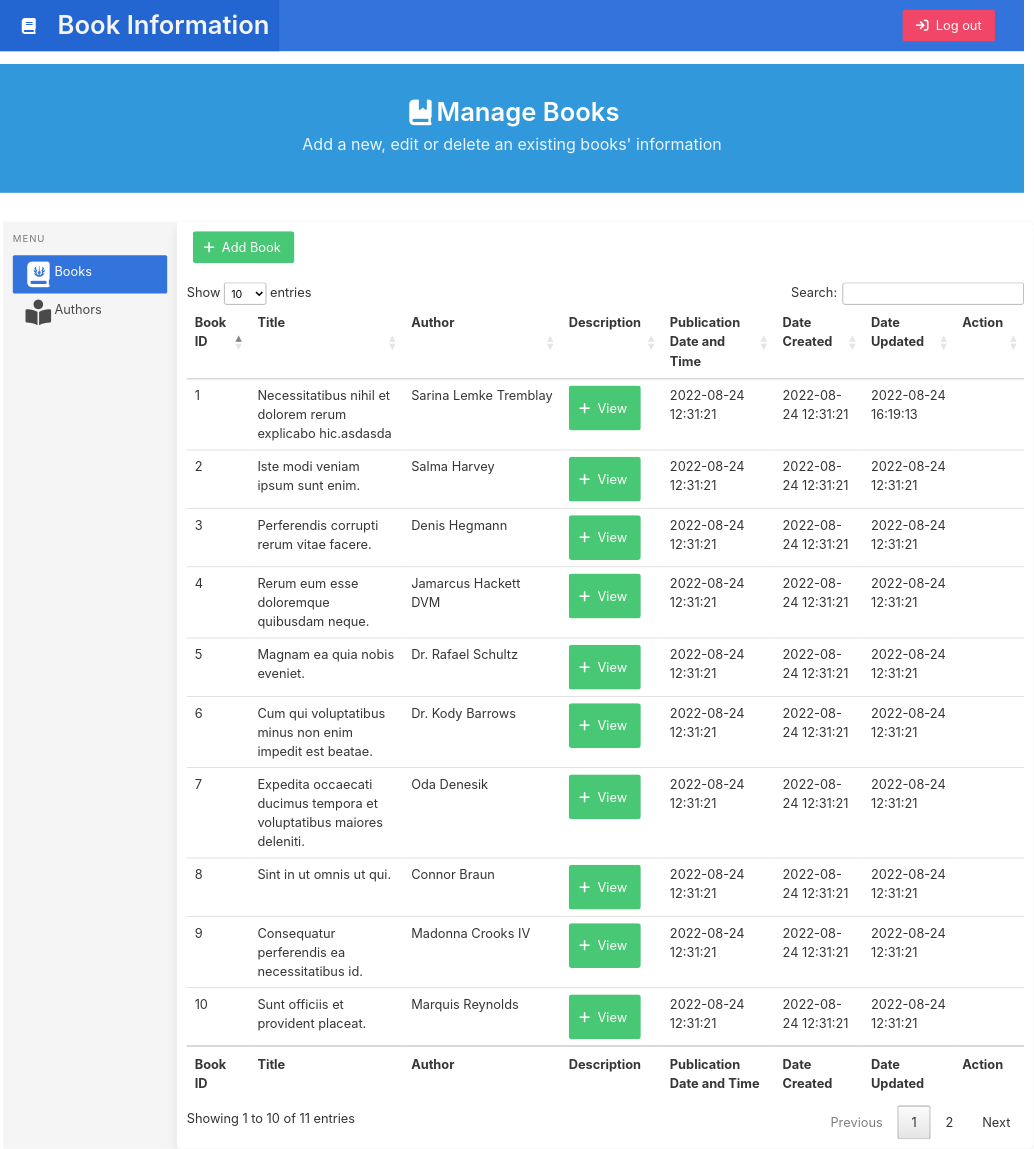
Repository: setsunafjustin00208/books_info_laravel_version
Page: http://localhost/appview/books
These files come from the project's save history. The page is drawn as it stood at one moment and after a run of saves; the edit follows.
The browser window is 1280 px wide. The page is 1292 px wide, so the pictures cover 1292 px, including what lies to the right of the window. The pictures show the whole page, at 80% of full size.
The page is served by the project's Laravel application, run on PHP 8.4 with Laravel 9. Other server files are loaded and not shown. The database holds what the project's SQL file puts in it.

Above is the page before, as saved 2022-08-25 06:55:55.
Console error: ReferenceError: jQuery is not defined

### routes/web.php
<?php

use Illuminate\Support\Facades\Route;
use App\Http\Controllers\UserController;

/*
|--------------------------------------------------------------------------
| Web Routes
|--------------------------------------------------------------------------
|
| Here is where you can register web routes for your application. These
| routes are loaded by the RouteServiceProvider within a group which
| contains the "web" middleware group. Now create something great!
|
*/

Route::get('/', [UserController::class,'index']);

Route::get('/appview/books',[UserController::class,'books']);

Route::get('/appview/authors',[UserController::class,'authors']);

Route::post('/users/authenticate',[UserController::class,'authenticate']);

Route::post('/logout',[UserController::class,'logout']);

Route::post('/addbook',[BookController::class,'store']);

### app/Models/Book.php
<?php

namespace App\Models;

use Illuminate\Database\Eloquent\Factories\HasFactory;
use Illuminate\Database\Eloquent\Model;

class Book extends Model
{
    protected $fillable = ['book_name','author','description','publication_date_n_time','created_at','updated_at'];
    use HasFactory;
}

### resources/views/appviews/books.blade.php
<x-layout>
    <x-navbar-users />
        <x-hero>
            <p class="title">
                <span class="icon-text">
                    <span class="icon"><i class="fas fa-book-bookmark"></i></span>
                    <span>Manage Books</span>
                </span>
            </p>
            <p class="subtitle">
                Add a new, edit or delete an existing books' information
            </p>
        </x-hero>
        <x-page-layout>
            <div class="column is-2 ml-4 has-background-light">
                <aside class="menu">
                    <p class="menu-label">
                      Menu
                    </p>
                    <ul class="menu-list">
                      <li>
                        <a href="/appview/books" class="is-active"><span class="icon-text">
                          <span class="icon is-medium">
                            <i class="fas fa-book-journal-whills fa-2x"></i>
                          </span>
                          <span class="">
                            Books
                          </span>
                        </a>
                      </li>
                      <li>
                        <a href="/appview/authors" class=""><span class="icon-text">
                          <span class="icon is-medium">
                            <i class="fas fa-book-open-reader fa-2x"></i>
                          </span>
                          <span>
                            Authors
                          </span>
                        </a>
                      </li>
                    </ul>
                  </aside>
                </div>
                <div class="column box">
                    <x-modal-scripts />
                    <x-add-modal>
                        <header class="modal-card-head">
                            <p class="modal-card-title">Add a new book</p>
                            <button class="delete" aria-label="close"></button>
                        </header>
                            <section class="modal-card-body">
                              <form method="POST" action='/addbook'>
                                <div class="container">
                                  <div class="field">
                                    <label class="label">Title</label>
                                    <div class="control">
                                      <input class="input" type="text" placeholder="Enter the title" name="name" min=5 max=150 required>
                                    </div>
                                  </div>
                                  <div class="field">
                                    <label class="label">Author</label>
                                    <div class="control">
                                      <div class="select">
                                          <select name="author">
                                            @foreach($authors as $author)
                                              <option value="{{$author->fname}}&nbsp;{{$author->mname}}&nbsp;{{$author->lname}}"><p class="mr-3">{{$author->fname}} {{$author->mname}} {{$author->lname}}</p></option>
                                            @endforeach
                                          </select>
                                        </div>
                                    </div>
                                  </div>
                                  <div class="field">
                                    <label class="label">Description</label>
                                    <div class="control">
                                      <textarea style="resize: none;" class="textarea" placeholder="Enter book Information" rows=10 name="description" min=5 max=500 required></textarea>
                                    </div>
                                  </div>
                                  <div class="field">
                                    <label class="label">Publication Date and Time</label>
                                    <div class="control">
                                      <input class="input" type="datetime-local" name="publication_date_n_time" min=5 max=150 required>
                                    </div>
                                  </div>
                                  <input type="hidden" name="created_at" value="<?=date("Y-m-d")?>">
                                  <input type="hidden" name="updated_at" value="<?=date("Y-m-d")?>">
                                </div>
                            </section>
                        <footer class="modal-card-foot">
                              <button class="button is-success">
                                <span class="icon-text">
                                  <span class="icon">
                                    <i class="fas fa-floppy-disk"></i>
                                  </span>
                                  <span>
                                    Save Book
                                  </span>
                                </span>
                              </button>
                            </form>
                            <button class="button">
                              <span class="icon-text"><span class="icon">
                                <i class="fas fa-ban"></i>
                              </span>
                              <span>Cancel</span>
                          </button>
                        </footer>
                        </x-add-modal>

                    <x-tables>

                        <thead>
                            <tr>
                                <th>Book ID</th>
                                <th>Title</th>
                                <th>Author</th>
                                <th>Description</th>
                                <th>Publication Date and Time</th>
                                <th>Date Created</th>
                                <th>Date Updated</th>
                                <th>Action</th>
                            </tr>
                        </thead>
                        <tbody>
                            @foreach($books as $book)
                            </tr>
                                <td>{{$book->id}}</td>
                                <td>{{$book->book_name}}</td>
                                <td>{{$book->author}}</td>
                                <td><x-view-modal>{{$book->description}}</x-view-modal></td>
                                <td>{{$book->publication_date_n_time}}</td>
                                <td>{{$book->created_at}}</td>
                                <td>{{$book->updated_at}}</td>
                                <td>

                                </td>
                            </tr>
                            @endforeach
                        </tbody>
                            <tfoot>
                                <tr>
                                  <th>Book ID</th>
                                  <th>Title</th>
                                  <th>Author</th>
                                  <th>Description</th>
                                  <th>Publication Date and Time</th>
                                  <th>Date Created</th>
                                  <th>Date Updated</th>
                                  <th>Action</th>
                                </tr>
                            </tfoot>
                    </x-tables>
                </div>
        </x-page-layout>
</x-layout>

### resources/views/components/hero.blade.php
<section class="hero is-info mb-6">
    <div class="hero-body has-text-centered">
        {{$slot}}
    </div>
  </section>

### resources/views/components/modal-scripts.blade.php
<script>
    document.addEventListener('DOMContentLoaded', () => {

    function openModal($el) {
        $el.classList.add('is-active');
    }

    function closeModal($el) {
        $el.classList.remove('is-active');
    }

    function closeAllModals() {
        (document.querySelectorAll('.modal') || []).forEach(($modal) => {
            closeModal($modal);
        });
    }

    (document.querySelectorAll('.js-modal-trigger') || []).forEach(($trigger) => {
        const modal = $trigger.dataset.target;
        const $target = document.getElementById(modal);

        $trigger.addEventListener('click', () => {
            openModal($target);
        });
    });

    (document.querySelectorAll('.modal-background, .modal-close, .modal-card-head .delete, .modal-card-foot .button') || []).forEach(($close) => {
        const $target = $close.closest('.modal');

        $close.addEventListener('click', () => {
            closeModal($target);
        });
    });


    document.addEventListener('keydown', (event) => {
        const e = event || window.event;

        if (e.keyCode === 27) {
            closeAllModals();
        }
    });
});
</script>

### resources/views/components/add-modal.blade.php
    <div class="buttons">
              <button class="button is-success js-modal-trigger" data-target="modal-add-data">
                <span class="icon-text">
                    <span class="icon">
                        <i class="fas fa-plus"></i>
                    </span>
                    <span>
                        Add Book
                    </span>
                </span>
              </button>
                <div class="modal" id="modal-add-data">
                    <div class="modal-background"></div>
                    <div class="modal-card">
                        {{$slot}}
                    </div>
                </div>
          </div>

### resources/views/components/view-modal.blade.php
<button class="button is-success js-modal-trigger" data-target="modal-view-data">
    <span class="icon-text">
        <span class="icon">
            <i class="fas fa-plus"></i>
        </span>
        <span>
           View
        </span>
    </span>
  </button>
    <div class="modal" id="modal-view-data">
        <div class="modal-background"></div>
        <div class="modal-card">
            <header class="modal-card-head">
                <p class="modal-card-title">Book Description</p>
                <button class="delete" aria-label="close"></button>
            </header>
            <section class="modal-card-body">
                {{$slot}}
            </section>
        </div>
    </div>

### resources/views/components/tables.blade.php
    <script>
        $(document).ready(function () {
            $('#book').DataTable();
        });
    </script>
    <div class="table-container container">
        <table class="table" id="book">
             {{$slot}}
          </table>
    </div>

### resources/views/components/page-layout.blade.php
<div class="columns is-mobile">
    {{$slot}}
  </div>

### book_info.sql (the tables this page reads)
CREATE TABLE `authors` (
  `id` bigint(20) UNSIGNED NOT NULL,
  `fname` varchar(255) COLLATE utf8mb4_unicode_ci NOT NULL,
  `lname` varchar(255) COLLATE utf8mb4_unicode_ci NOT NULL,
  `mname` varchar(255) COLLATE utf8mb4_unicode_ci NOT NULL,
  `description` longtext COLLATE utf8mb4_unicode_ci NOT NULL,
  `created_at` timestamp NULL DEFAULT NULL,
  `updated_at` timestamp NULL DEFAULT NULL
) ENGINE=InnoDB DEFAULT CHARSET=utf8mb4 COLLATE=utf8mb4_unicode_ci;

INSERT INTO `authors` (`id`, `fname`, `lname`, `mname`, `description`, `created_at`, `updated_at`) VALUES
(1, 'Sarina', 'Tremblay', 'Lemke', 'Sapiente dolores eum et dolor dolores laborum tempore. Architecto blanditiis illo dolorem illum. Praesentium nihil corrupti possimus et impedit. Totam laudantium omnis voluptas sit et in. Maiores impedit veritatis optio quos. Excepturi dolores numquam dolore reprehenderit.\"asdasdasd', '2022-08-24 12:31:21', '2022-08-24 17:13:17'),
(2, 'Cameron', 'Stamm', 'Kling', 'Molestiae deserunt quia sint cumque autem fugiat. Labore explicabo expedita eaque in. Et voluptatibus omnis ut consequatur consequatur. Quaerat minima magnam dolores iure maiores doloremque. In ad sapiente necessitatibus ut sit voluptatem commodi.', '2022-08-24 12:31:21', '2022-08-24 12:31:21'),
(3, 'Jennie', 'Pollich', 'Smith', 'Ab omnis dolor et iure quidem. Fugiat et ipsum non. Voluptatum ut veritatis ipsa enim sit rem. Et tenetur voluptas quia ad expedita voluptatum aut. Debitis voluptatem iste et.', '2022-08-24 12:31:21', '2022-08-24 12:31:21'),
(4, 'Fern', 'Koss', 'Harris', 'Dolorum qui libero voluptatem nihil minima esse voluptate. Accusantium minima ea itaque dignissimos omnis saepe et. Ut doloremque praesentium similique quis deleniti sint labore quos. Atque facilis aliquid similique aut qui maxime. Voluptate at dolores quis porro cum quis.', '2022-08-24 12:31:21', '2022-08-24 12:31:21'),
(5, 'Allie', 'Kessler', 'Kassulke', 'Quia labore possimus blanditiis quidem dolor. Saepe id veniam dignissimos distinctio et quod magni molestiae. Asperiores et sit magnam alias sequi velit nostrum. Rerum vel aut ea amet asperiores dolorem. Consequuntur quod quae molestias et explicabo iste consequatur. Aut qui vel tenetur tenetur. Dolore aut recusandae cumque ullam et.', '2022-08-24 12:31:21', '2022-08-24 12:31:21'),
(6, 'Christine', 'Shanahan', 'Dooley', 'Iste aut dignissimos voluptatem. Iure omnis officia ea quo ipsam provident dolorem. Aliquid libero enim aspernatur rerum. Velit laborum reiciendis eos doloremque ut. Quos voluptatem et harum quia nemo. Modi ut nihil unde debitis rem ratione consequatur earum.', '2022-08-24 12:31:21', '2022-08-24 12:31:21'),
(7, 'Rhett', 'Kshlerin', 'Batz', 'Similique autem nostrum saepe. Dolorem amet dolorum id rerum corrupti neque. Voluptas nihil voluptatem ut quae voluptatem repellendus consequatur. Distinctio nihil voluptas illum ipsam. Enim pariatur ut quaerat sit necessitatibus. Tempora doloribus sed veritatis exercitationem aut quos beatae. Qui non velit reiciendis consequatur. Sit voluptatem illum odio officia dolores quo eum. Nisi quos tenetur maxime mollitia. Eaque quas a sint quidem quos.', '2022-08-24 12:31:21', '2022-08-24 12:31:21'),
(8, 'Carrie', 'Morissette', 'Kautzer', 'Dolorem maxime veritatis praesentium. Consectetur vero magnam ut quia. Tempora modi at quae dolore et. Voluptates illo et dolorem nulla saepe velit. Sit aut modi est quia voluptate iure. Velit consequuntur reiciendis eos repellat id. Voluptatem voluptas vel laborum quis porro dolores.', '2022-08-24 12:31:21', '2022-08-24 12:31:21'),
(9, 'Reilly', 'Greenfelder', 'Thiel', 'Enim sapiente neque vel quia dicta. Dolorem enim cupiditate iure delectus quasi aspernatur vel nulla. Doloribus voluptatem nihil et sint voluptatem minus. Numquam consequatur blanditiis aut eveniet et. Vel ut eaque repudiandae sunt animi. Maiores optio consequuntur maxime fugit dicta. Exercitationem distinctio hic quam sint. Sit repudiandae aut id voluptas exercitationem aut.', '2022-08-24 12:31:21', '2022-08-24 12:31:21'),
(11, 'setsuna', 'seiei', 'F', 'setsunasetsunasetsunasetsunasetsunasetsunasetsunasetsunasetsunasetsunasetsuna', '2022-08-24 17:00:55', '2022-08-24 17:00:55');

ALTER TABLE `authors`
  ADD PRIMARY KEY (`id`);

ALTER TABLE `authors`
  MODIFY `id` bigint(20) UNSIGNED NOT NULL AUTO_INCREMENT, AUTO_INCREMENT=12;

CREATE TABLE `books` (
  `id` bigint(20) UNSIGNED NOT NULL,
  `book_name` varchar(255) COLLATE utf8mb4_unicode_ci NOT NULL,
  `author` varchar(255) COLLATE utf8mb4_unicode_ci NOT NULL,
  `description` longtext COLLATE utf8mb4_unicode_ci NOT NULL,
  `publication_date_n_time` timestamp NULL DEFAULT NULL,
  `created_at` timestamp NULL DEFAULT NULL,
  `updated_at` timestamp NULL DEFAULT NULL
) ENGINE=InnoDB DEFAULT CHARSET=utf8mb4 COLLATE=utf8mb4_unicode_ci;

INSERT INTO `books` (`id`, `book_name`, `author`, `description`, `publication_date_n_time`, `created_at`, `updated_at`) VALUES
(1, 'Necessitatibus nihil et dolorem rerum explicabo hic.asdasda', 'Sarina Lemke Tremblay', 'Sit corporis cumque nam accusamus sapiente. Porro aperiam rem tempore quo quasi nobis. Ipsum alias veniam commodi repudiandae consequatur neque. Ut harum sit aperiam sit reprehenderit. Velit repudiandae minima iure tenetur earum repudiandae fugiat. Harum sit labore voluptatem similique nam. Minima voluptas sed sunt quaerat iusto harum sit. Aut consequatur expedita rerum incidunt. Voluptate aspernatur iste rerum repellendus.', '2022-08-24 12:31:21', '2022-08-24 12:31:21', '2022-08-24 16:19:13'),
(2, 'Iste modi veniam ipsum sunt enim.', 'Salma Harvey', 'Quaerat explicabo voluptatum nemo velit consequatur. Rerum in amet nisi ut omnis. Molestiae temporibus omnis asperiores suscipit libero excepturi pariatur. Blanditiis et assumenda dicta corrupti. Laboriosam repellat culpa non enim. Similique magnam et saepe accusantium et. Delectus velit harum aut reiciendis enim.', '2022-08-24 12:31:21', '2022-08-24 12:31:21', '2022-08-24 12:31:21'),
(3, 'Perferendis corrupti rerum vitae facere.', 'Denis Hegmann', 'Dolorem eveniet et rem aut quas. Eum perferendis dolores soluta natus repellat. Explicabo quidem eius omnis hic. Consequatur excepturi aliquam sed facere corporis neque. Reprehenderit necessitatibus quia ut.', '2022-08-24 12:31:21', '2022-08-24 12:31:21', '2022-08-24 12:31:21'),
(4, 'Rerum eum esse doloremque quibusdam neque.', 'Jamarcus Hackett DVM', 'Iste natus omnis et sapiente ut est omnis ducimus. Quas error enim cupiditate incidunt. Accusamus asperiores adipisci aperiam ratione. Suscipit omnis at amet cupiditate. Labore et aut ipsam.', '2022-08-24 12:31:21', '2022-08-24 12:31:21', '2022-08-24 12:31:21'),
(5, 'Magnam ea quia nobis eveniet.', 'Dr. Rafael Schultz', 'Iusto mollitia nobis delectus. Est non culpa est nemo autem. Ut similique numquam quis deleniti. Tempore et porro omnis ea. Sequi maxime voluptatibus repellat quo provident magnam. Error qui ut quis alias corporis qui occaecati est. Quaerat aspernatur incidunt voluptas est iste et voluptates consequatur. Rerum consequuntur et harum nisi sed natus. Et ab ea harum quia eum est. Quia aut a asperiores voluptatibus eos eaque.', '2022-08-24 12:31:21', '2022-08-24 12:31:21', '2022-08-24 12:31:21'),
(6, 'Cum qui voluptatibus minus non enim impedit est beatae.', 'Dr. Kody Barrows', 'Provident commodi quia qui. Quas atque facilis cumque beatae dolorem. Repudiandae rerum reiciendis est facilis. Sint dolor animi cum laboriosam. Tenetur fuga et corporis laboriosam.', '2022-08-24 12:31:21', '2022-08-24 12:31:21', '2022-08-24 12:31:21'),
(7, 'Expedita occaecati ducimus tempora et voluptatibus maiores deleniti.', 'Oda Denesik', 'In voluptates expedita aspernatur non a. Fuga omnis aut nihil sequi quia maxime adipisci. Eum quae neque voluptas sunt nemo consectetur laborum et. Facere assumenda dolorem molestiae quia qui. Facilis eius aliquid incidunt. Possimus quisquam non similique unde. Maxime voluptatum itaque eos. Qui veritatis ab enim facere minus quia deserunt.', '2022-08-24 12:31:21', '2022-08-24 12:31:21', '2022-08-24 12:31:21'),
(8, 'Sint in ut omnis ut qui.', 'Connor Braun', 'Accusantium reprehenderit voluptas repudiandae sapiente. Est maxime rerum fugiat id aut sint numquam. Et sint repellendus iusto numquam aspernatur. Quo pariatur nesciunt perferendis laudantium distinctio nesciunt nihil. Quia reiciendis eos excepturi aut est rerum eos. Ipsam omnis in saepe iste esse ab.', '2022-08-24 12:31:21', '2022-08-24 12:31:21', '2022-08-24 12:31:21'),
(9, 'Consequatur perferendis ea necessitatibus id.', 'Madonna Crooks IV', 'Eveniet qui aut ducimus officia eum vero. Aperiam sed odio qui voluptatibus. Architecto ut occaecati quod odio optio temporibus enim. Voluptas nam aut consequatur ut. Autem pariatur esse quia dolores voluptas porro.', '2022-08-24 12:31:21', '2022-08-24 12:31:21', '2022-08-24 12:31:21'),
(10, 'Sunt officiis et provident placeat.', 'Marquis Reynolds', 'Consequatur molestiae ab explicabo iure unde iste consectetur. Officiis recusandae sunt est eum sit doloremque rerum corporis. Fugit accusamus et aut reiciendis rerum numquam delectus. Quas est aut quidem. Molestiae et omnis eaque eius distinctio aut odio enim. Libero voluptas error laudantium inventore laudantium et natus possimus. Quo qui modi eum. Ducimus blanditiis accusamus rerum quae esse ut. Repellendus id sed qui ea dolores. Debitis dolorem id vero nihil impedit sit hic.', '2022-08-24 12:31:21', '2022-08-24 12:31:21', '2022-08-24 12:31:21'),
(11, 'gundam', 'Sarina Lemke Tremblay', 'gundam', '2022-08-24 23:04:00', '2022-08-24 15:04:27', '2022-08-24 15:04:27');

ALTER TABLE `books`
  ADD PRIMARY KEY (`id`);

ALTER TABLE `books`
  MODIFY `id` bigint(20) UNSIGNED NOT NULL AUTO_INCREMENT, AUTO_INCREMENT=15;

Loaded but not shown: app/Http/Controllers/Controller.php (common file); app/Models/Author.php (common file); public/assets/css/all.min.css (library); public/assets/css/bulma-rtl.min.css (library); public/assets/css/bulma.min.css (library); public/assets/css/dataTables.bulma.min.css (library); public/assets/css/dataTables.dataTables.min.css (library); public/assets/css/datatables.min.css (library); public/assets/css/jquery.dataTables.min.css (library); public/assets/css/modal-fx.min.css (library); public/assets/css/animate.min.css (library); public/assets/js/dataTables.bulma.min.js (library); public/assets/js/datatables.min.js (library); public/assets/js/dataTables.dataTables.min.js (common file); public/assets/js/jquery-3.6.0.min.js (library); public/assets/js/jquery.dataTables.min.js (library); public/assets/js/mine.js (44 lines, source omitted); public/assets/js/modal-fx.min.js (1 lines, source omitted); resources/views/components/layout.blade.php (31 lines, source omitted); resources/views/components/navbar-users.blade.php (44 lines, source omitted); app/Http/Controllers/UserController.php (60 lines, source omitted)

After the next 4 saves:
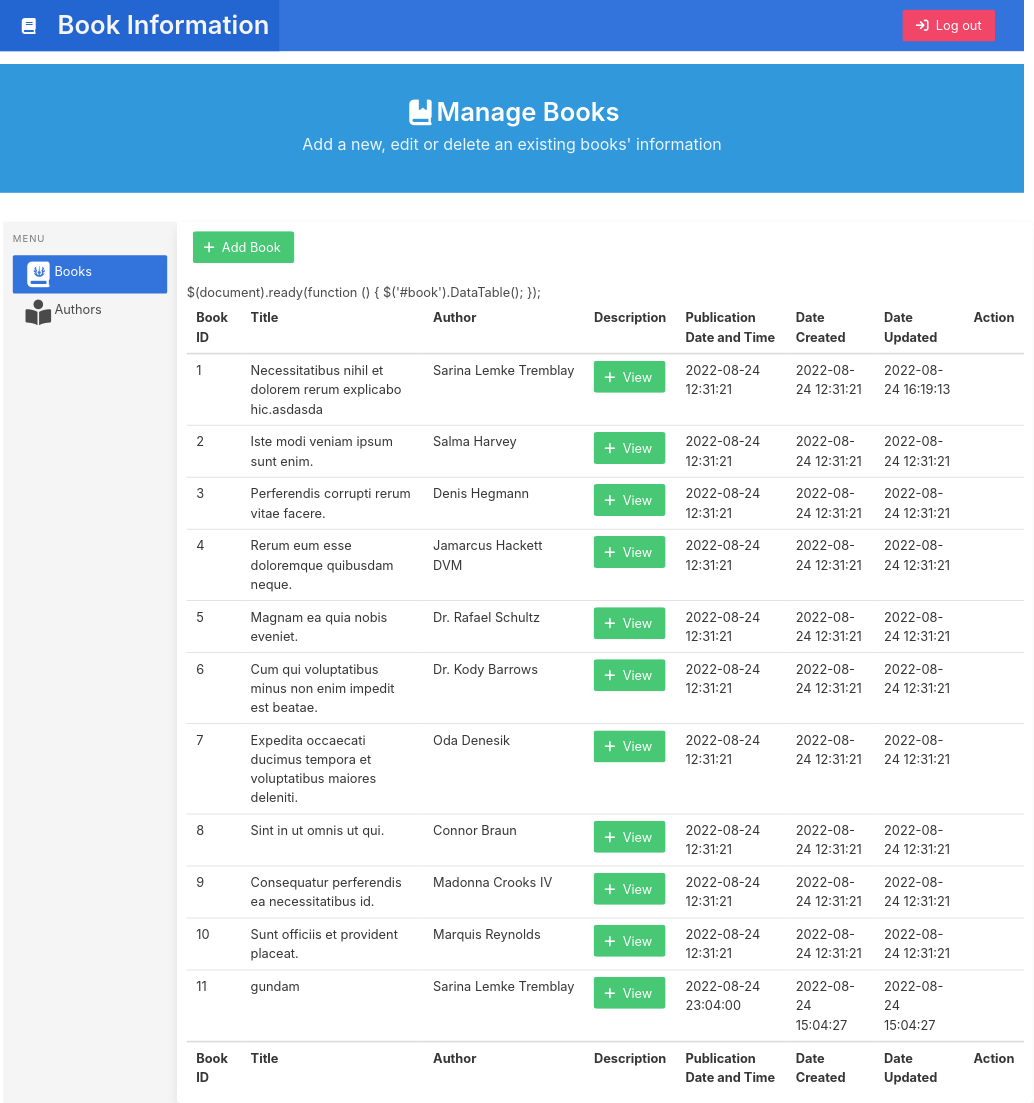
The 4 saves are shown as one change because they came seconds apart.
The last was saved 66 s later.
--- a/resources/views/appviews/books.blade.php
+++ b/resources/views/appviews/books.blade.php
@@ -105,7 +105,7 @@
                           </button>
                         </footer>
                         </x-add-modal>
-
+                        <x-flash
                     <x-tables>
 
                         <thead>
